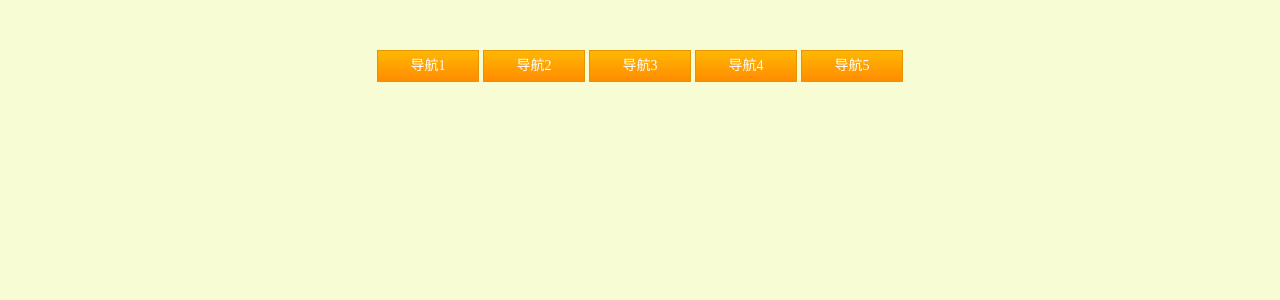
Repository: KaibutsuSama/CodePracticeExample
Page: Html5+Css3/Css3/02.背景属性/06.按钮例子.html
These files come from the project's save history. The page is drawn as it stood at one moment and after the next save; the edit follows.
The browser window is 1280 px wide. The pictures show the whole page.

Above is the page before, as saved 2023-01-29 22:04:35.

After the next save:
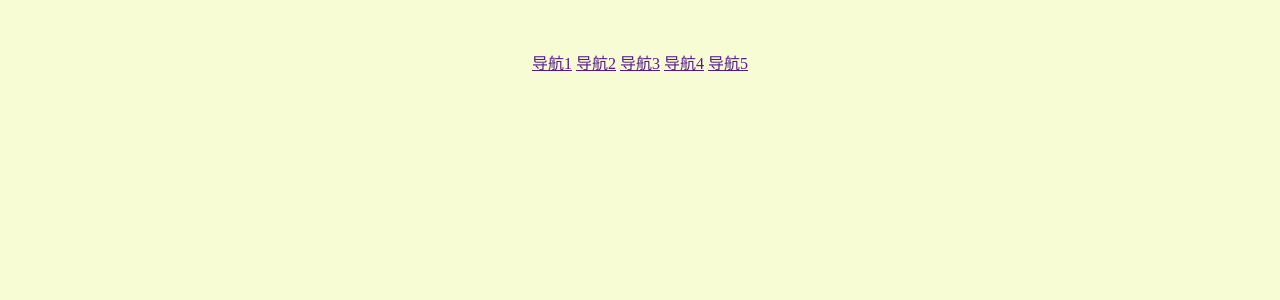
Saved 4 s later.
--- a/Html5+Css3/Css3/02.背景属性/06.按钮例子.html
+++ b/Html5+Css3/Css3/02.背景属性/06.按钮例子.html
@@ -24,22 +24,7 @@
             margin: 0 auto;
         }
 
-        .nav a{
-            display: inline-block;
-            width: 100px;
-            height: 30px;
-            line-height: 30px;
-            font-size: 14px;
-            color: #fff;
-            text-decoration: none;
-            border: 1px solid #e59500;
-            background-color: #FFB700;
-            background-image: linear-gradient(
-                    to bottom,
-                    #FFB700 0%,
-                    #FF8C00 100%
-            );
-        }
+
 
 
     </style>

After the 3 saves that followed:
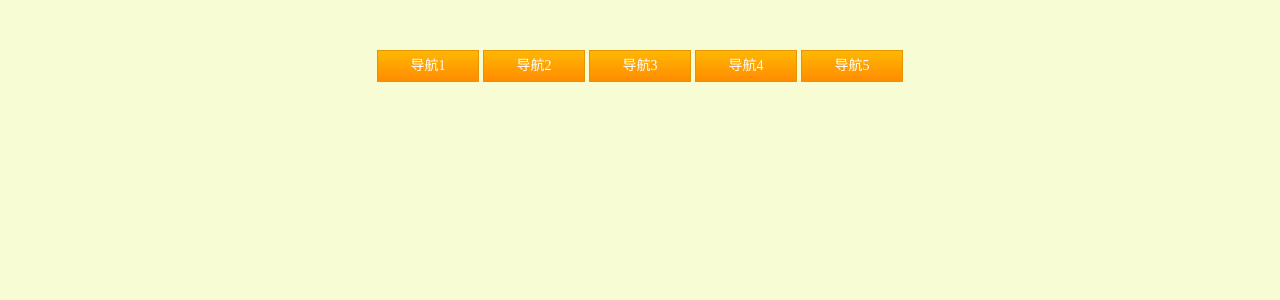
The 3 saves are shown as one change because they came seconds apart.
The last was saved 10 s later.
--- a/Html5+Css3/Css3/02.背景属性/06.按钮例子.html
+++ b/Html5+Css3/Css3/02.背景属性/06.按钮例子.html
@@ -24,7 +24,22 @@
             margin: 0 auto;
         }
 
-
+        .nav a{
+            display: inline-block;
+            width: 100px;
+            height: 30px;
+            line-height: 30px;
+            font-size: 14px;
+            color: #fff;
+            text-decoration: none;
+            border: 1px solid #e59500;
+            background-color: #FFB700;
+            background-image: linear-gradient(
+                    to bottom,
+                    #FFB700 0%,
+                    #FF8C00 100%
+            );
+        }
 
 
     </style>
